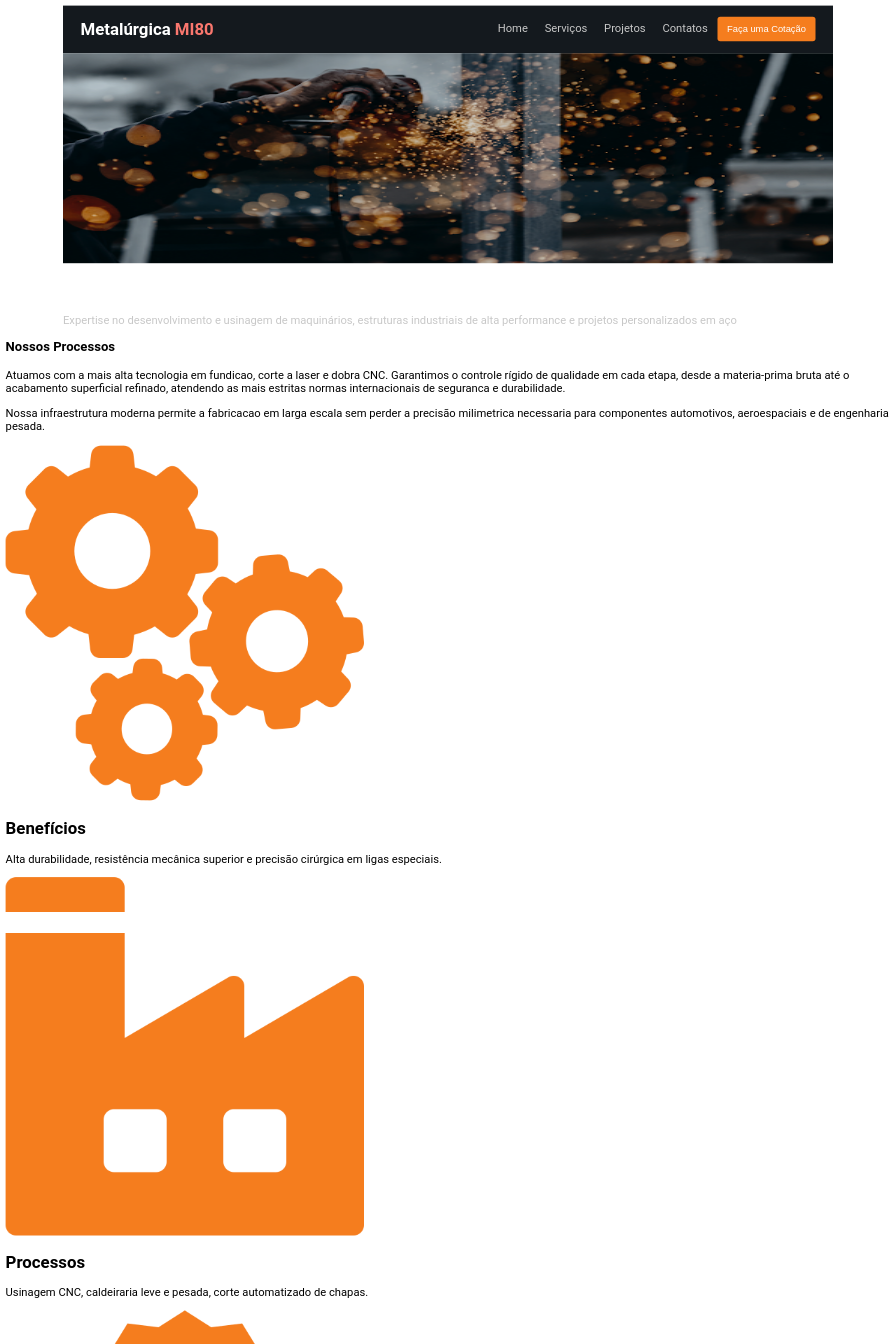
Repository: guiCherpinski/landing-page-metalurgica
Page: index.html
The author's editor kept a copy of each file at every save. The page is drawn from the files as they stood at one save, then again after a run of saves.
The browser window is 1280 px wide. The pictures show the part of the page from y = 0 to 1920 px (the page is 5841 px tall), at 70% of full size.

Above is the page before, as saved 2026-06-03 19:58:05.

After the next 3 saves:
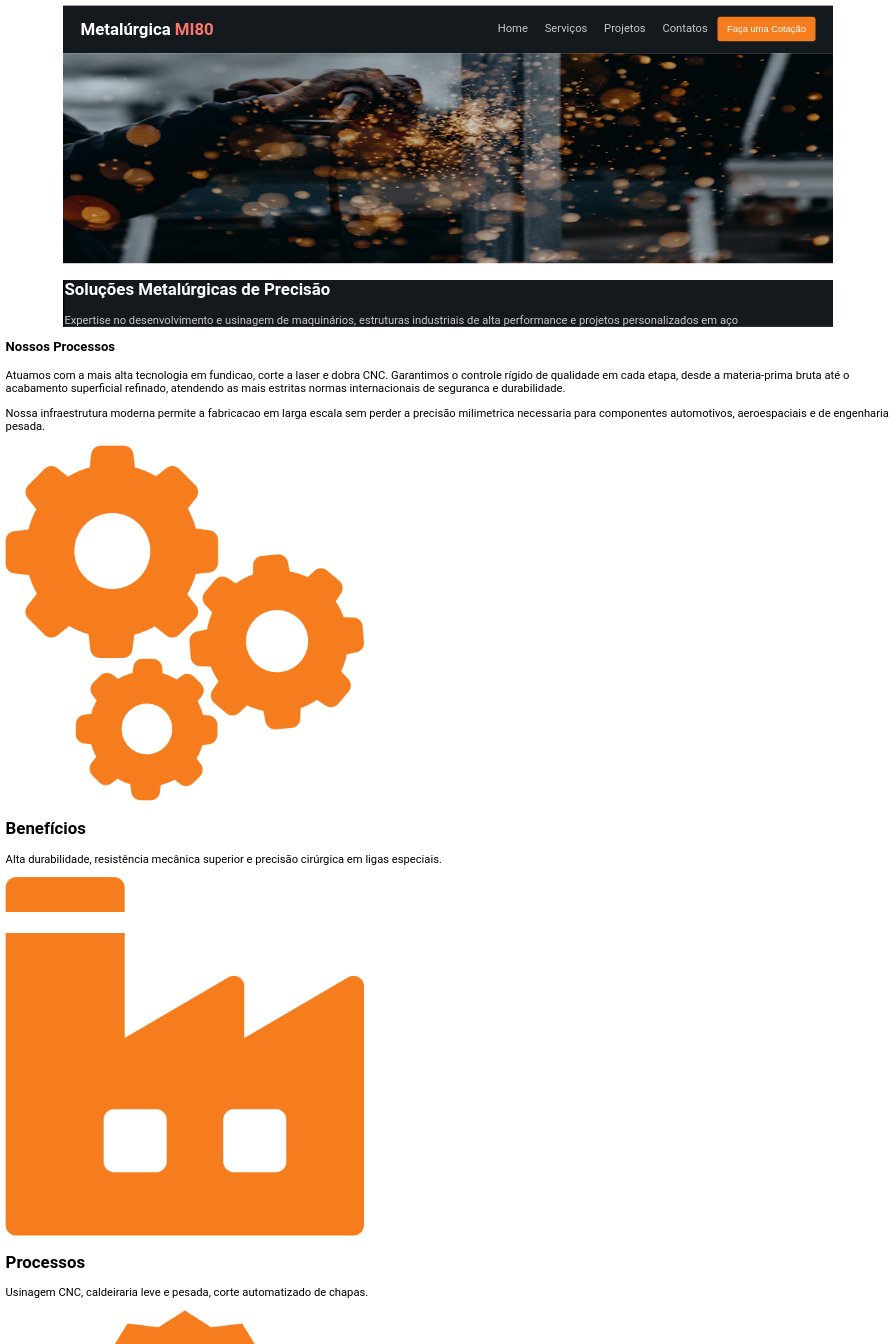
The 3 saves are shown as one change because they came seconds apart.
The last was saved 10 s later.
--- a/style.css
+++ b/style.css
@@ -52,8 +52,8 @@ header button:hover{
 }
 
 .text-hero{
-    background: #14191E
-    bor
+    background: #14191E;
+    border-left: 2px solid ;
 }
 
 .text-hero h2{
